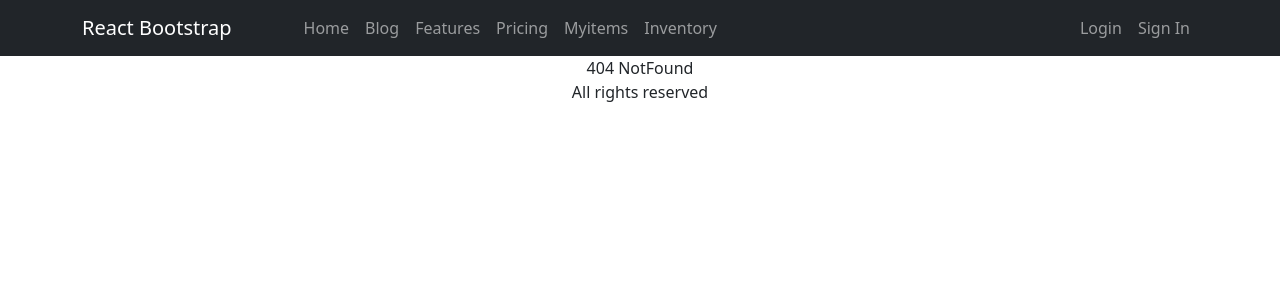
Repository: devsajid/best-motors-warehouse-app
Page: /Contact
These files come from the project's save history. The page is drawn as it stood at one moment and after the next save; the edit follows.
The browser window is 1280 px wide. The pictures show the whole page.
The project was rebuilt for these pictures with package versions that can differ from the ones it lists, and the page was loaded fresh each time. Also part of the build but not shown: src/Components/Item/Item.js, src/Components/Items/Items.js, src/Components/Home/Home.js, src/firebase.init.js, src/Components/Register/Register.js, src/Components/Signin/Signin.css, src/Components/Signin/Signin.js, src/Components/Blogs/Blogs.js and 6 more.

Above is the page before, as saved 2022-05-07 22:57:32.

### src/App.js
// import './App.css';
// import { Route, Routes } from 'react-router-dom';
// import Headers from './Components/Headers/Headers';
// import Home from './Components/Home/Home';
// import Register from './Components/Register/Register';
// import Signin from './Components/Signin/Signin';
// import Blogs from './Components/Blogs/Blogs';
// import About from './Components/About/About';
// import RequireAuth from './Components/RequireAuth/RequireAuth';
// import Checkout from './Components/Checkout/Checkout';
// import 'bootstrap/dist/css/bootstrap.min.css';
// import NotFound from './Components/NotFound/NotFound';
// import Footer from './Components/Footer/Footer';

// function App() {
//   return (
//     <div className="App">
//       <Headers></Headers>
//       <Routes>
//         <Route path="/" element={<Home></Home>}></Route>
//         <Route path="/home" element={<Home></Home>}></Route>
//         <Route path="/Register" element={<Register></Register>}></Route>
//         <Route path="/Signin" element={<Signin></Signin>}></Route>
//         <Route path="/Blogs" element={<Blogs></Blogs>}></Route>
//         <Route path="/About" element={<About></About>}></Route>
//         <Route path="/Checkout" element={
//           <RequireAuth><Checkout></Checkout></RequireAuth>}></Route>
//         <Route path="/*" element={<NotFound />} />

//       </Routes>
//       <Footer></Footer>
//     </div>
//   );
// }

// export default App;
import "./App.css";
import { Route, Routes } from "react-router-dom";
import Headers from "./Components/Headers/Headers";
import Home from "./Components/Home/Home";
import Register from "./Components/Register/Register";
import Signin from "./Components/Signin/Signin";
import Blogs from "./Components/Blogs/Blogs";
import About from "./Components/About/About";
import RequireAuth from "./Components/RequireAuth/RequireAuth";
import Checkout from "./Components/Checkout/Checkout";
import "bootstrap/dist/css/bootstrap.min.css";
import NotFound from "./Components/NotFound/NotFound";
import Footer from "./Components/Footer/Footer";
import Inventory from "./Components/Inventory/Inventory";
import MyItems from "./Components/MyItems/MyItems";
import ItemDetails from "./Components/ItemDetails/ItemDetails";

function App() {
  return (
    <div className="App">
      <Headers></Headers>
      <Routes>
        <Route path="/" element={<Home></Home>}></Route>
        <Route path="/home" element={<Home></Home>}></Route>
        <Route path="/Register" element={<Register></Register>}></Route>
        <Route path="/Signin" element={<Signin></Signin>}></Route>
        <Route path="/Blogs" element={<Blogs></Blogs>}></Route>
        <Route path="/About" element={<About></About>}></Route>
        <Route path="/myItems" element={<MyItems></MyItems>}></Route>
        <Route
          path="/ItemDetails/:id"
          element={<ItemDetails></ItemDetails>}
        ></Route>
        <Route path="/Inventory" element={<Inventory></Inventory>}></Route>
        <Route
          path="/Checkout"
          element={
            <RequireAuth>
              <Checkout></Checkout>
            </RequireAuth>
          }
        ></Route>
        <Route path="/*" element={<NotFound />} />
      </Routes>
      <Footer></Footer>
    </div>
  );
}

export default App;

### src/Components/Headers/Headers.js
import React from "react";
// import "./Headers.css";
// import { Link } from "react-router-dom";
// import { useAuthState } from "react-firebase-hooks/auth";
// import auth from "../../firebase.init";
// import { signOut } from "firebase/auth";
import { Navbar, Container, Nav } from "react-bootstrap";

function Headers() {
  // const [user] = useAuthState(auth);
  // const handleSignOut = () => {
  //   signOut(auth);
  // };

  return (
    <div>
      {" "}
      <Navbar collapseOnSelect expand="lg" bg="dark" variant="dark">
        <Container>
          <Navbar.Brand href="home"> React Bootstrap</Navbar.Brand>

          <Navbar.Toggle aria-controls="responsive-navbar-nav" />
          <Navbar.Collapse id="responsive-navbar-nav">
            <Nav
              className="me-auto m-5 my-lg-0"
              style={{ maxHeight: "100px" }}
              navbarScroll
            >
              <Nav.Link href="/">Home</Nav.Link>
              <Nav.Link href="blog">Blog</Nav.Link>
              <Nav.Link href="features">Features</Nav.Link>
              <Nav.Link href="pricing">Pricing</Nav.Link>
              <Nav.Link href="myitems">Myitems</Nav.Link>
              <Nav.Link href="inventory">Inventory</Nav.Link>
            </Nav>
            <Nav>
              <Nav.Link href="login">Login</Nav.Link>
              <Nav.Link eventKey={2} href="signIn">
                Sign In
              </Nav.Link>
            </Nav>
          </Navbar.Collapse>
        </Container>
      </Navbar>
    </div>
  );
}

//   return (
//     <div>
//       <nav class="navbar navbar-expand-lg navbar-light bg-light">
//         <div class="container-fluid">
//           <Link to="/" class="navbar-brand">
//             <h4>MR Rana Photography</h4>
//           </Link>
//           <button
//             class="navbar-toggler"
//             type="button"
//             data-bs-toggle="collapse"
//             data-bs-target="#navbarNav"
//             aria-controls="navbarNav"
//             aria-expanded="false"
//             aria-label="Toggle navigation"
//           >
//             <span class="navbar-toggler-icon"></span>
//           </button>
//           <div class="collapse navbar-collapse" id="navbarNav">
//             <ul class="navbar-nav">
//               <li class="nav-item">
//                 <Link to="/" class="nav-link active"aria-current="page">
//                   Home
//                 </Link>
//               </li>
//               <li class="nav-item">
//                 <Link to="/Blogs" class="nav-link">
//                   Blog
//                 </Link>
//               </li>
//               <li class="nav-item">
//                 <Link to="/About" class="nav-link">
//                   About
//                 </Link>
//               </li>
//               <li class="nav-item">
//                 <Link to="/MyItems" class="nav-link">
//                   MyItems
//                 </Link>
//               </li>
//               <li class="nav-item">
//                 <Link to="/Inventory" class="nav-link">
//                   Inventory
//                 </Link>
//               </li>
//               <li class="nav-item">
//                 <Link to="/Register" class="nav-link">
//                   Register
//                 </Link>
//               </li>
//               <li class="nav-item">
//                 {user ? (
//                   <button
//                     onClick={handleSignOut}
//                     class="nav-link btn btn-light"
//                   >
//                     Sign Out
//                   </button>
//                 ) : (
//                   <Link to="/Signin" class="nav-link">
//                     Signin
//                   </Link>
//                 )}
//               </li>
//             </ul>
//           </div>
//         </div>
//       </nav>
//     </div>
//   );

export default Headers;

### src/Components/NotFound/NotFound.js
import React from 'react'

function NotFound() {
  return (
    <div>404 NotFound</div>
  )
}

export default NotFound

### src/Components/Footer/Footer.js
import React from 'react'

function Footer() {
  return (
    <div>
        <p>All rights reserved</p>
    </div>
  )
}

export default Footer

Loaded but not shown: public/index.html (common file); src/index.js (common file); src/index.css (common file); src/App.css (common file)

After the next save:
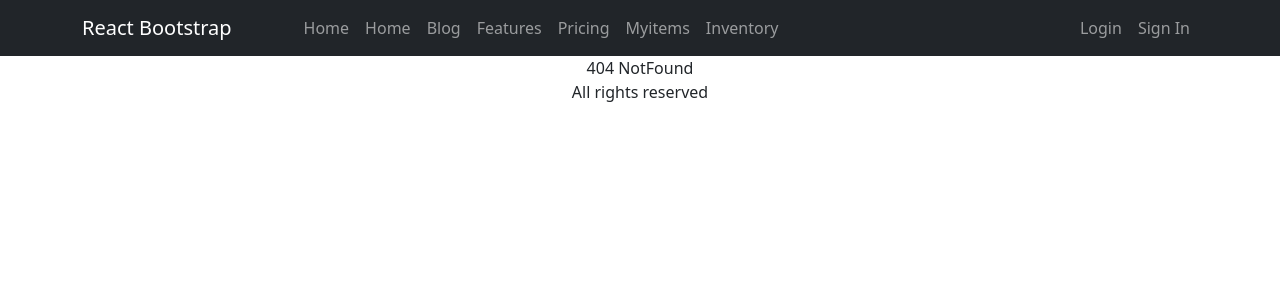
Saved 12 s later.
--- a/src/Components/Headers/Headers.js
+++ b/src/Components/Headers/Headers.js
@@ -26,6 +26,7 @@
               style={{ maxHeight: "100px" }}
               navbarScroll
             >
+              <Nav.Link href="/">Home</Nav.Link>
               <Nav.Link href="/">Home</Nav.Link>
               <Nav.Link href="blog">Blog</Nav.Link>
               <Nav.Link href="features">Features</Nav.Link>

After the 3 saves that followed:
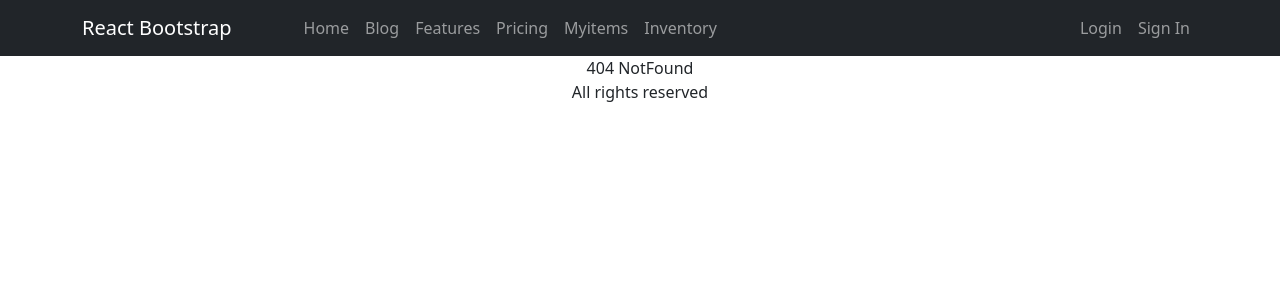
The 3 saves are shown as one change because 2 left the picture as it was.
The last was saved 78 s later.
--- a/src/Components/Headers/Headers.js
+++ b/src/Components/Headers/Headers.js
@@ -26,7 +26,6 @@
               style={{ maxHeight: "100px" }}
               navbarScroll
             >
-              <Nav.Link href="/">Home</Nav.Link>
               <Nav.Link href="/">Home</Nav.Link>
               <Nav.Link href="blog">Blog</Nav.Link>
               <Nav.Link href="features">Features</Nav.Link>
